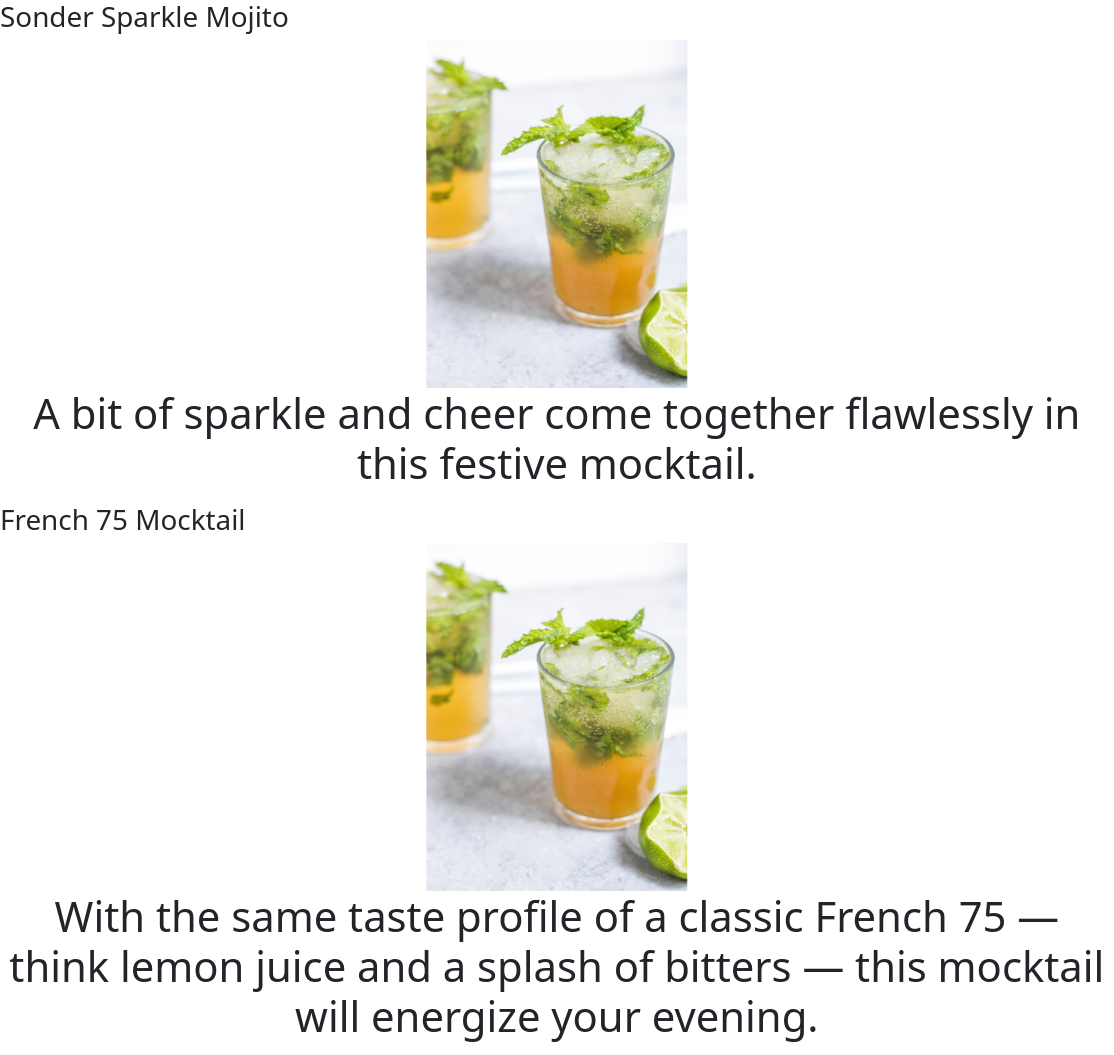
Repository: Flatbook/sliced_bread
Page: http://localhost/
The author's editor kept a copy of each file at every save. The page is drawn from the files as they stood at one save, then again after the next save.
The browser window is 1280 px wide. The pictures show the whole page, at 87% of full size.
Some web libraries are served in a nearby version. The page is served by the project's application, run on Flask 3 (app.py).

Above is the page before, as saved 2021-05-15 23:22:31.

After the next save:
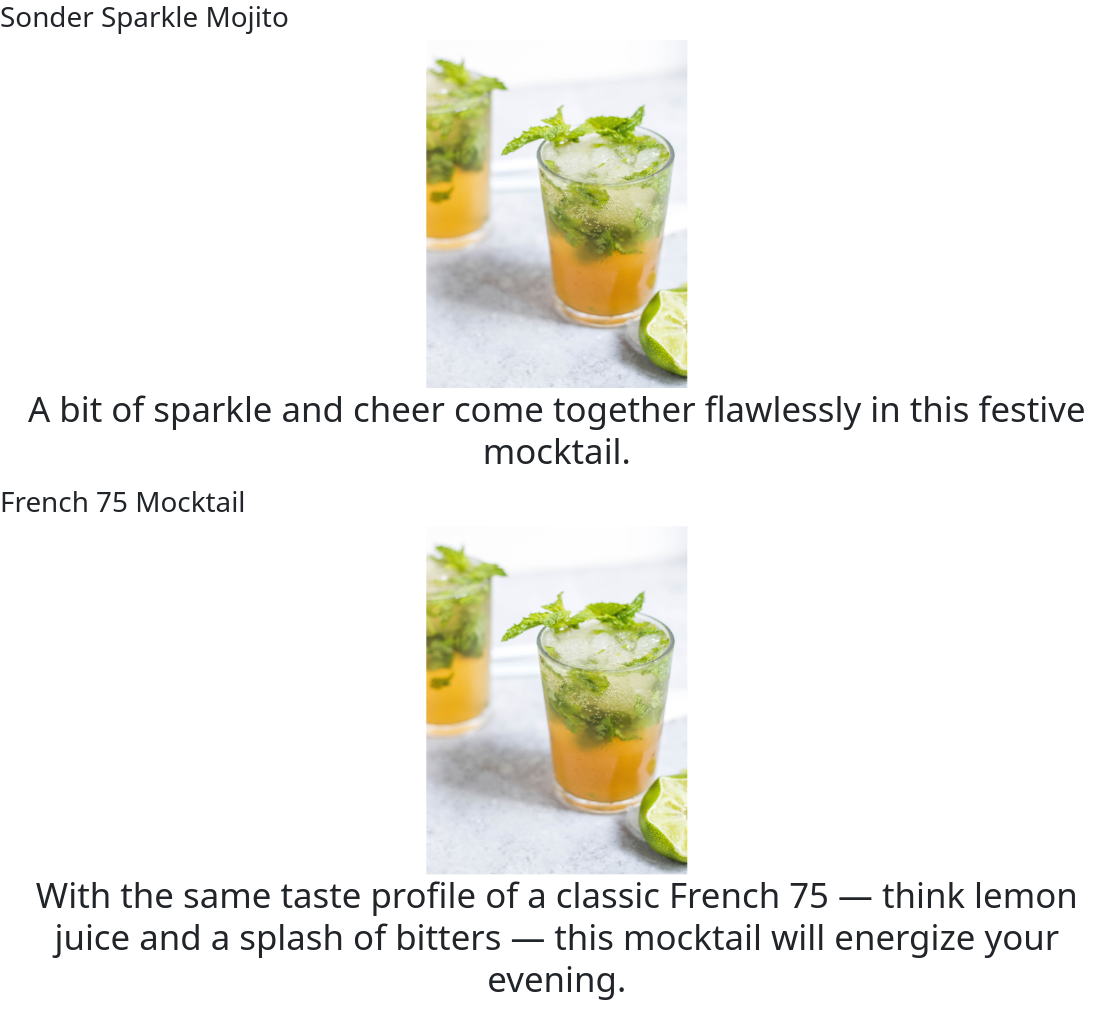
Saved 7 s later.
--- a/flask_project/templates/home.html
+++ b/flask_project/templates/home.html
@@ -4,6 +4,6 @@
         <h2 class=".text-center">{{drink.title}}</h2>
         <img src="{{ user_image }}" width="300" height="400" class="mx-auto d-block"/>
 
-        <p style="text-align: center" class="display-5">{{drink.description}}</p>
+        <p style="text-align: center" class="display-6">{{drink.description}}</p>
     {% endfor %}
 {% endblock %}
